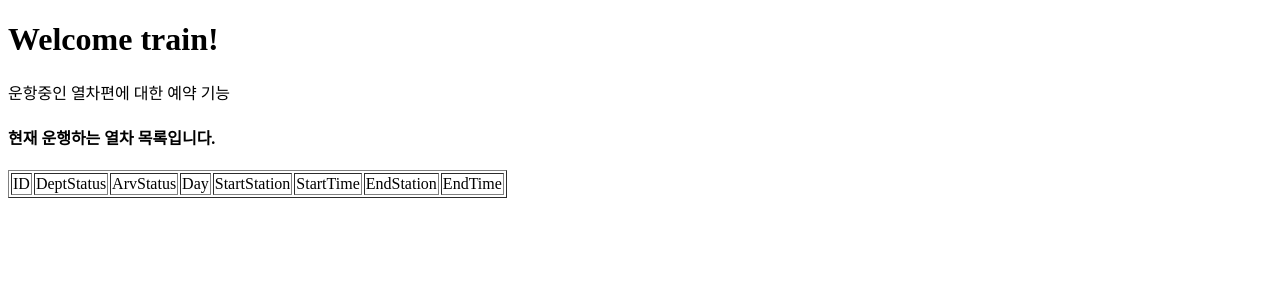
Repository: CISXO/JSP
Page: http://localhost/DB_Project/main.jsp
The author's editor kept a copy of each file at every save. The page is drawn from the files as they stood at one save, then again after the next save.
The browser window is 1280 px wide. The pictures show the whole page.
The page is served by Tomcat 9. Queries for data that is not in the repository find no rows.

Above is the page before, as saved 2022-12-21 21:37:53.

After the next save:
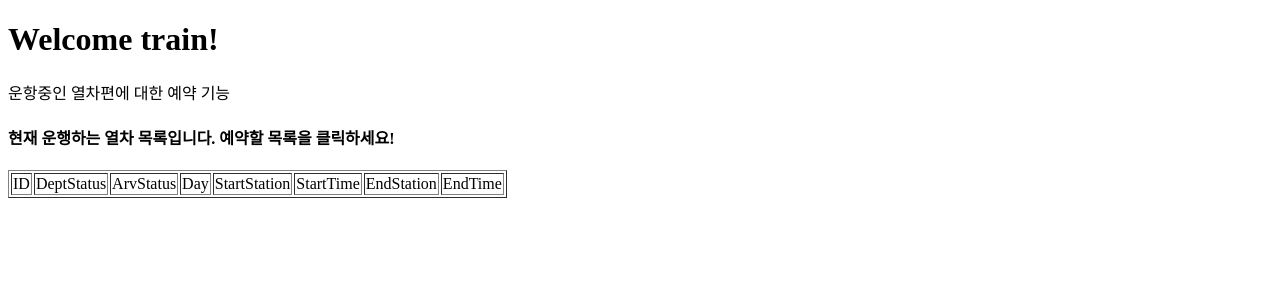
Saved 26 s later.
--- a/DbProject/DB_Project/src/main/webapp/main.jsp
+++ b/DbProject/DB_Project/src/main/webapp/main.jsp
@@ -26,7 +26,7 @@ try {
 	stmt = conn.createStatement();
 	result = stmt.executeQuery(query);
 %> <h4 class="titleScript">
-			현재 운행하는 열차 목록입니다.
+			현재 운행하는 열차 목록입니다. 예약할 목록을 클릭하세요!
         </h4>
         <div>
                 <table border = "1">
